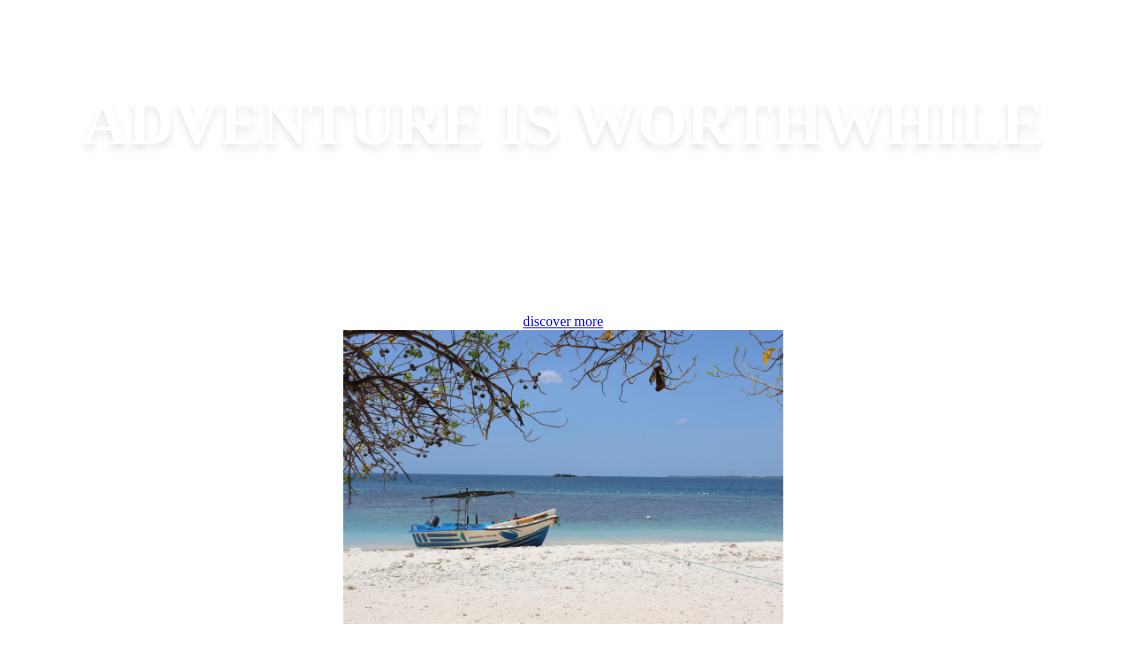
Repository: KasunInd27/Ceylon-Journey
Page: Home/home.html
The author's editor kept a copy of each file at every save. The page is drawn from the files as they stood at one save, then again after the next save.
The browser window is 1280 px wide. The pictures show the whole page, at 88% of full size.

Above is the page before, as saved 2024-10-05 13:10:50.
Console error: SyntaxError: Unexpected token '<'

After the next save:
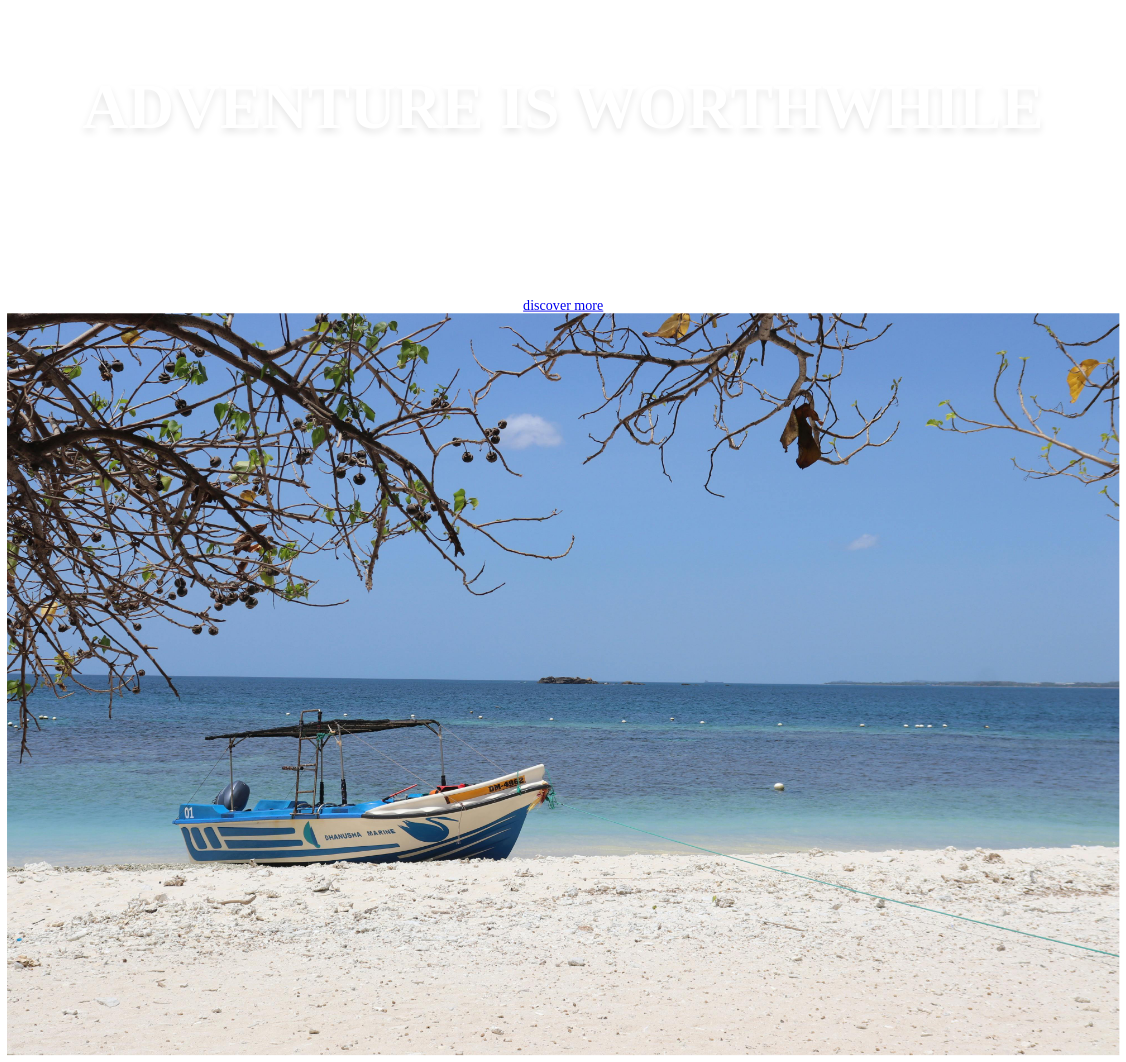
Saved 14 min 55 s later.
--- a/Home/home.html
+++ b/Home/home.html
@@ -22,14 +22,12 @@
             <a href="#" class="btn">discover more</a>
         </div>
 
-        <div class="slide" style="max-width:500px">
+        <div class="slide" style="max-width:100%">
             <img class="homeSlides" src="../image/train.jpg" style="width:100%">
             <img class="homeSlides" src="../image/elephants.jpg" style="width:100%">
             <img class="homeSlides" src="../image/boat.jpg" style="width:100%">
             <img class="homeSlides" src="../image/fish.jpg" style="width:100%">
             <img class="homeSlides" src="../image/arc.jpg" style="width:100%">
-
-
         </div>
     </section>
 
